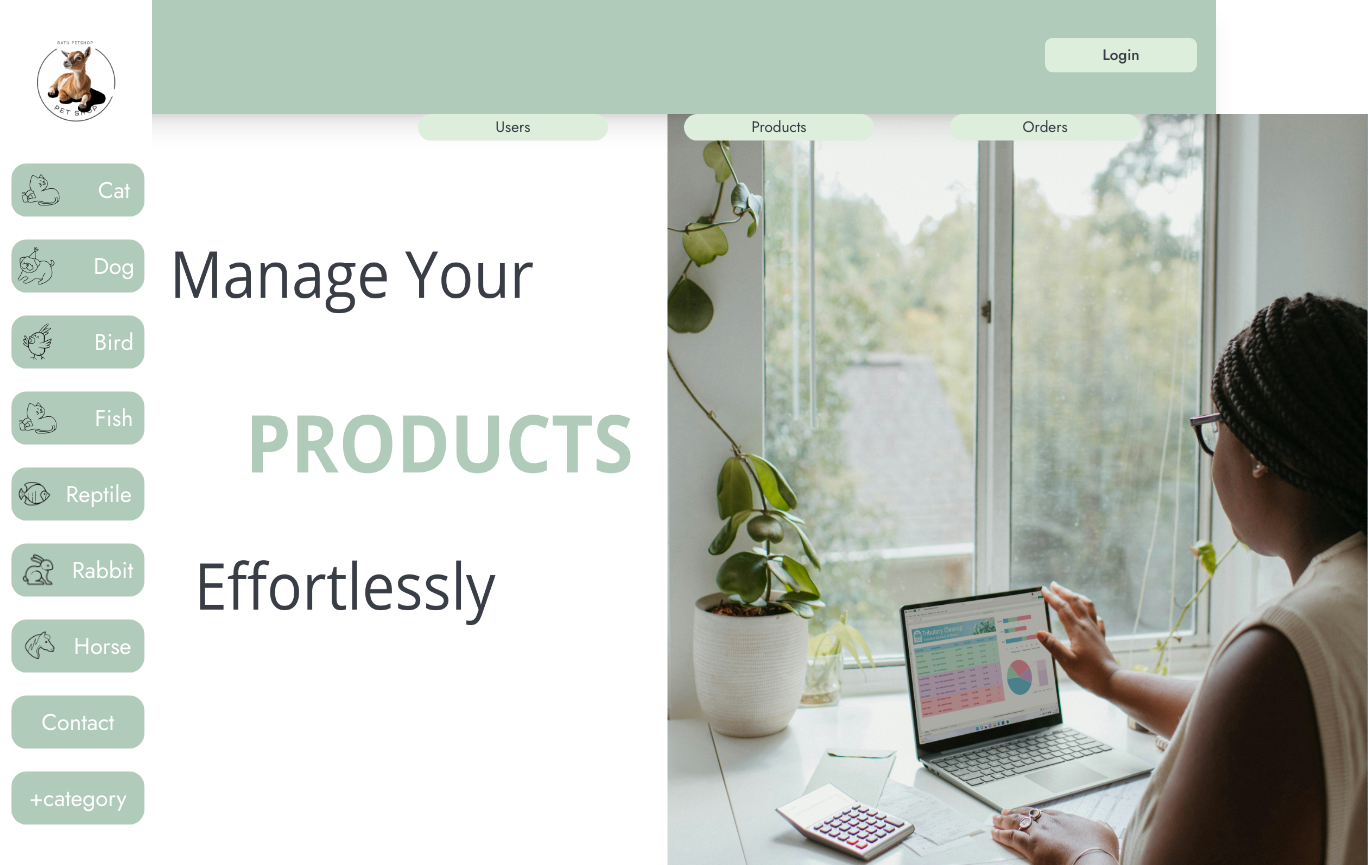
Repository: batu-call/batu-petshop
Page: /main (app in petshopp-appAdmin/admin/)
The author's editor kept a copy of each file at every save. The page is drawn from the files as they stood at one save, then again after the next save.
The browser window is 1280 px wide. The page is 1440 px wide, so the pictures cover 1440 px, including what lies to the right of the window. The pictures show the whole page, at 95% of full size.
The project was rebuilt for these pictures with package versions that can differ from the ones it lists, and the page was loaded fresh each time. The framework's server and built-in components were replaced by stand-ins that run in the browser. Also part of the build but not shown: petshopp-appAdmin/admin/next.config.ts.

Above is the page before, as saved 2025-09-21 01:53:44.

After the next save:
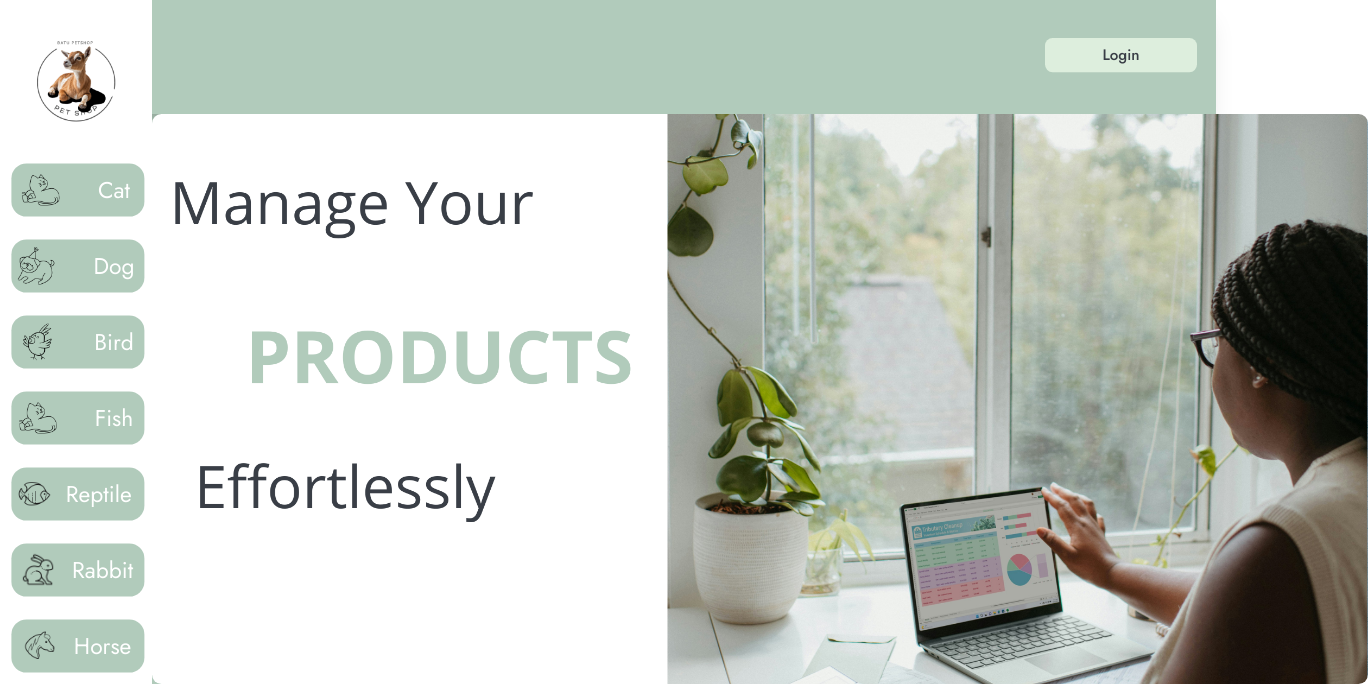
Saved 105 s later.
--- a/petshopp-appAdmin/admin/src/app/main/controller/Main.tsx
+++ b/petshopp-appAdmin/admin/src/app/main/controller/Main.tsx
@@ -11,7 +11,15 @@
       <Navbar />
       {/* Catgeory */}
       <Sidebar />
-      <Image src={"/admin-banner3.png"} alt='admin-banner' width={1760} height={600} className='ml-40 h-[791px] w-[1760px]' priority/>
+       <div className="relative w-full h-[200px] sm:h-[300px] md:h-[400px] lg:h-[600px] ml-40">
+      <Image
+        src="/admin-banner3.png"
+        alt="Admin Banner"
+        fill
+        className="object-cover rounded-lg"
+        priority
+      />
+    </div>
     </div>
   )
 }

After the 3 saves that followed:
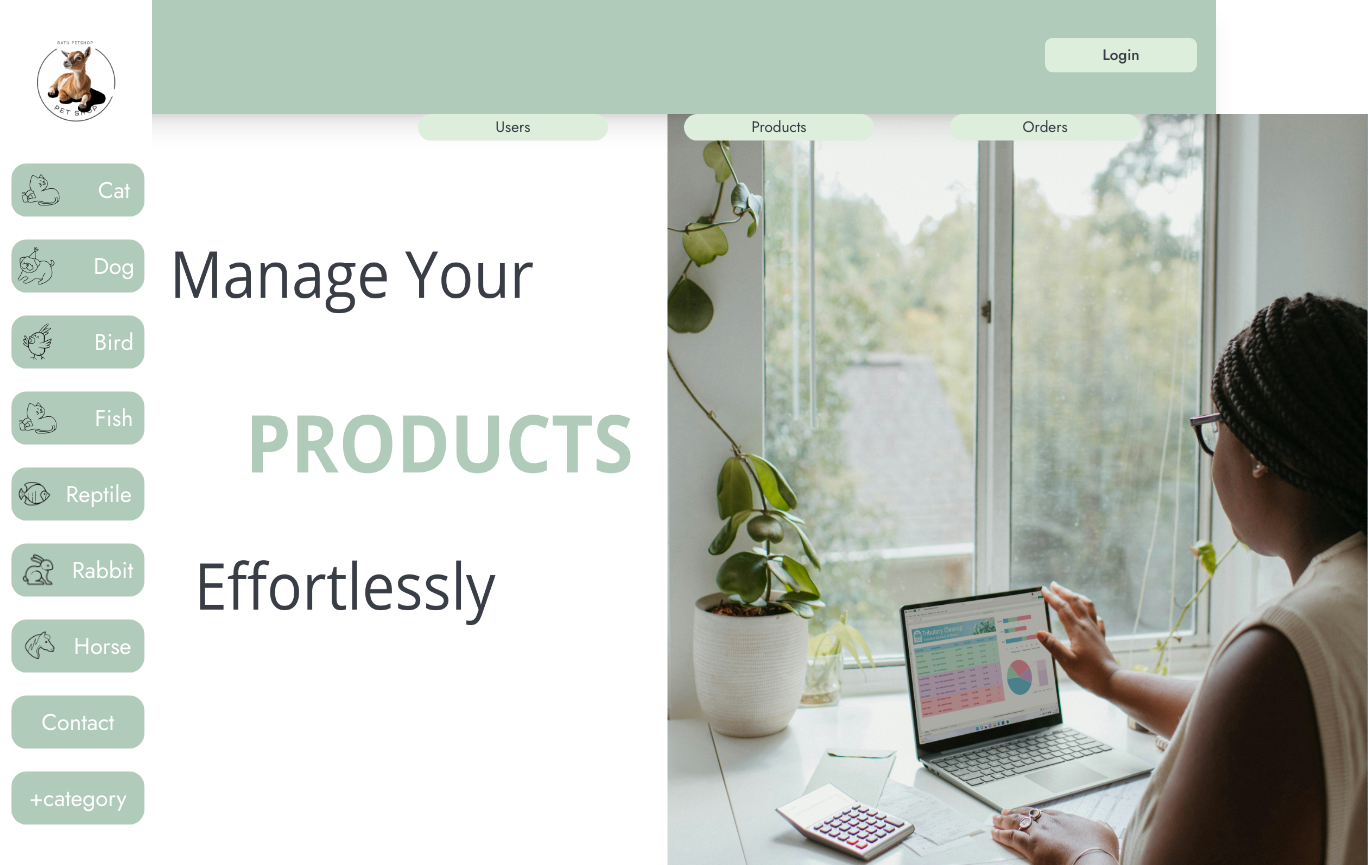
The 3 saves are shown as one change because 2 left the picture as it was.
The last was saved 43 s later.
--- a/petshopp-appAdmin/admin/src/app/main/controller/Main.tsx
+++ b/petshopp-appAdmin/admin/src/app/main/controller/Main.tsx
@@ -11,15 +11,7 @@
       <Navbar />
       {/* Catgeory */}
       <Sidebar />
-       <div className="relative w-full h-[200px] sm:h-[300px] md:h-[400px] lg:h-[600px] ml-40">
-      <Image
-        src="/admin-banner3.png"
-        alt="Admin Banner"
-        fill
-        className="object-cover rounded-lg"
-        priority
-      />
-    </div>
+      <Image src={"/admin-banner3.png"} alt='admin-banner' width={1760} height={600} className='ml-40 h-[791px] w-[1760px]' priority/>
     </div>
   )
 }
